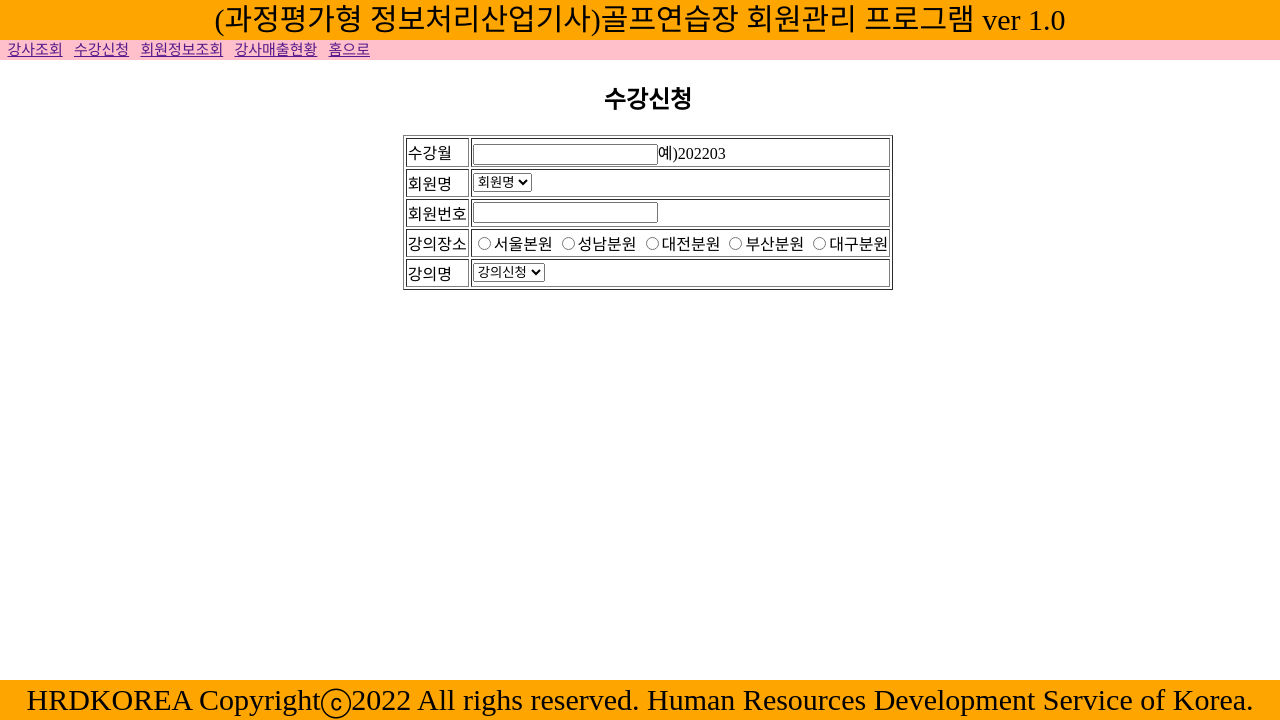
Repository: YeoJeongmo/hrdKorea
Page: http://localhost/HRD_1/insert.jsp
An editor plug-in stored every save of this project. The page is shown before and after the next save, followed by the edit.
The browser window is 1280 px wide. The pictures show the whole page.
The page is served by Tomcat 9. Other server files are loaded and not shown.

Above is the page before, as saved 2024-09-04 12:16:06.

### cbq_05/workspace/HRD_1/src/main/webapp/insert.jsp
<%@ page language="java" contentType="text/html; charset=UTF-8"
    pageEncoding="UTF-8"%>
<!DOCTYPE html>
<html>
<head>
<meta charset="UTF-8">
<title>Insert title here</title>
</head>
<body>
<jsp:include page="header.jsp"></jsp:include>
<section style="position: fixed; top: 60px; width: 100%;">
	<h2 style="text-align: center;">수강신청</h2>
	<form style="display: flex; justify-content: center;">
	<table border="1">
		<tr>
			<td> 수강월 </td>
			<td> <input type="text" name="resist_month">예)202203 </td>
		</tr>
		<tr>
			<td> 회원명 </td>
			<td>
				<select>
					<option> 회원명 </option>
					<option> 홍길동 </option>
					<option> 장발장 </option>
					<option> 임꺽정 </option>
					<option> 성춘향 </option>
					<option> 이몽룡 </option>
				</select>
			</td>
		</tr>
		<tr>
			<td> 회원번호 </td>
			<td> <input type="text" name="c_no"> </td>
		</tr>
		<tr>
			<td> 강의장소 </td>
			<td>
				<input type="radio" name="class_area">서울본원
				<input type="radio" name="class_area">성남분원
				<input type="radio" name="class_area">대전분원
				<input type="radio" name="class_area">부산분원
				<input type="radio" name="class_area">대구분원
			</td>
		</tr>
		<tr>
			<td> 강의명 </td>
			<td>
				<select>
					<option> 강의신청 </option>
					<option> 초급반 </option>
					<option> 중급반 </option>
					<option> 고급반 </option>
					<option> 심화반 </option>
				</select>
			</td>
		</tr>
	</table>
	</form>
</section>
<jsp:include page="footer.jsp"></jsp:include>
</body>
</html>

### cbq_05/workspace/HRD_1/src/main/webapp/header.jsp
<%@ page language="java" contentType="text/html; charset=UTF-8"
    pageEncoding="UTF-8"%>
<!DOCTYPE html>
<html>
<head>
<meta charset="UTF-8">
<title>Insert title here</title>
</head>
<body>
<header style="position: fixed; top: 0; left: 0; line-height: 40px; width: 100%; height: 40px; font-size: 30px; text-align: center; background-color: orange; color: black;">(과정평가형 정보처리산업기사)골프연습장 회원관리 프로그램 ver 1.0</header>
<nav  style="position: fixed; top: 40px; left: 0; line-height: 20px; width: 100%; height: 20px; font-size: 15px; background-color: pink; color: black;">
&nbsp;&nbsp;<a href="">강사조회</a>
&nbsp;&nbsp;<a href="">수강신청</a>
&nbsp;&nbsp;<a href="">회원정보조회</a>
&nbsp;&nbsp;<a href="">강사매출현황</a>
&nbsp;&nbsp;<a href="">홈으로</a>
</nav>
</body>
</html>

### cbq_05/workspace/HRD_1/src/main/webapp/footer.jsp
<%@ page language="java" contentType="text/html; charset=UTF-8"
    pageEncoding="UTF-8"%>
<!DOCTYPE html>
<html>
<head>
<meta charset="UTF-8">
<title>Insert title here</title>
</head>
<body>
<footer style="position: fixed; bottom: 0; left: 0; line-height: 40px; width: 100%; height: 40px; font-size: 30px; text-align: center; background-color: orange; color: black;">HRDKOREA Copyrightⓒ2022 All righs reserved. Human Resources Development Service of Korea.</footer>
</body>
</html>

After the next save:
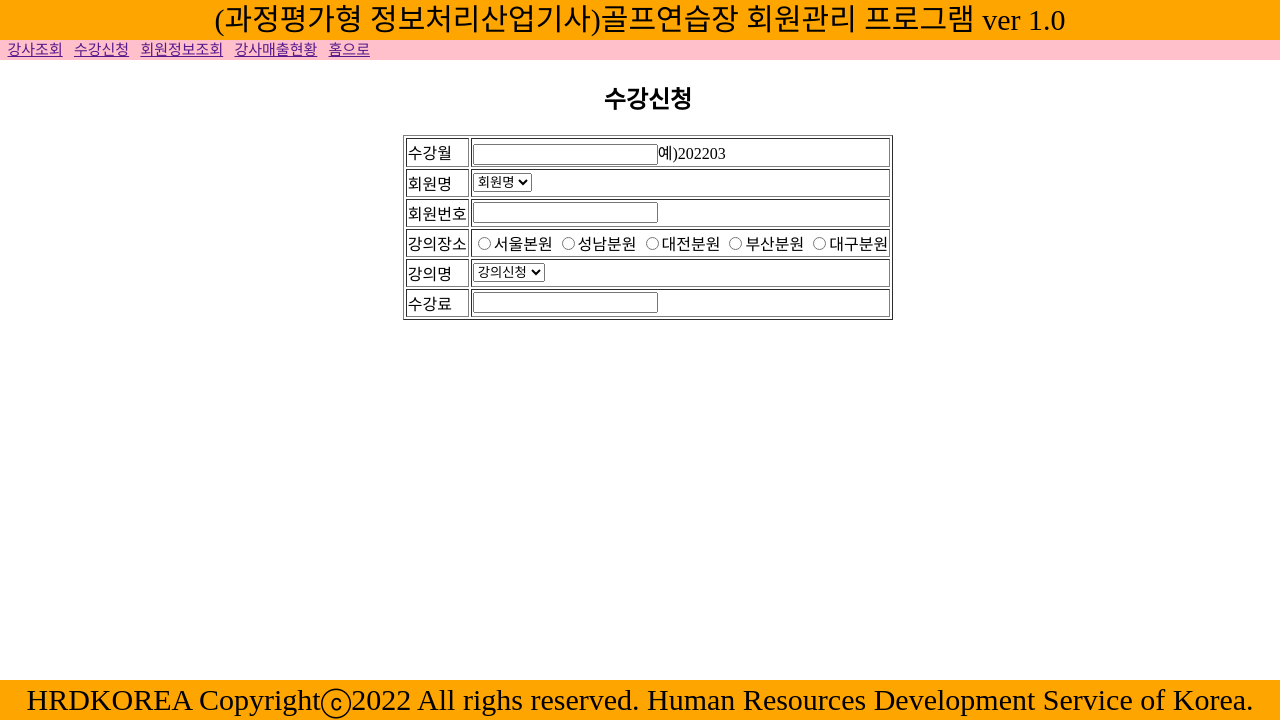
Saved 46 s later.
--- a/cbq_05/workspace/HRD_1/src/main/webapp/insert.jsp
+++ b/cbq_05/workspace/HRD_1/src/main/webapp/insert.jsp
@@ -55,6 +55,10 @@
 				</select>
 			</td>
 		</tr>
+		<tr>
+			<td> 수강료 </td>
+			<td> <input type="text" name="class_price"> </td>
+		</tr>
 	</table>
 	</form>
 </section>
